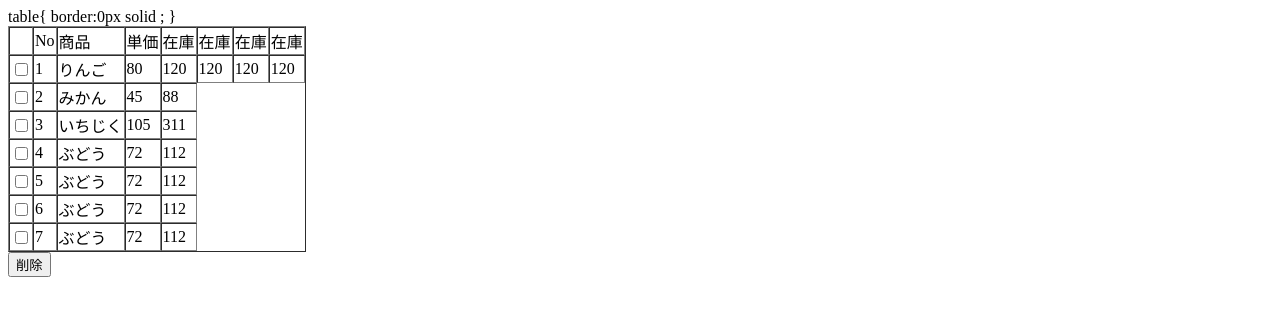
Repository: nathox/backup
Page: http://localhost/Favorite/s.jsp
The author's editor kept a copy of each file at every save. The page is drawn from the files as they stood at one save, then again after the next save.
The browser window is 1280 px wide. The pictures show the whole page.
The page is served by Tomcat 9. Other server files are loaded and not shown.

Above is the page before, as saved 2018-02-07 08:09:08.

### Favorite/WebContent/s.jsp
<%@ page language="java" contentType="text/html; charset=UTF-8"
    pageEncoding="UTF-8"%>
<!DOCTYPE html PUBLIC "-//W3C//DTD HTML 4.01 Transitional//EN" "http://www.w3.org/TR/html4/loose.dtd">
<html>
<head>



<meta http-equiv="Content-Type" content="text/html; charset=UTF-8">
<title>Insert title here</title>

table{
border:0px solid ;

}




</head>
<body>

 <table border="1" cellspacing="0">
        <thead id="hoge-head">
            <tr>
                <td></td>
                <td>No</td>
                <td>商品</td>
                <td>単価</td>
                <td>在庫</td>
                <td>在庫</td>
                <td>在庫</td>
                <td>在庫</td>
            </tr>
        </thead>
        <tbody id="hoge-body">
            <tr>
                <td><input type="checkbox"></td>
                <td>1</td>
                <td>りんご</td>
                <td>80</td>
                <td>120</td>
                <td>120</td>
                <td>120</td>
                <td>120</td>
            </tr>
            <tr>
                <td><input type="checkbox"></td>
                <td>2</td>
                <td>みかん</td>
                <td>45</td>
                <td>88</td>
            </tr>
            <tr>
                <td><input type="checkbox"></td>
                <td>3</td>
                <td>いちじく</td>
                <td>105</td>
                <td>311</td>
            </tr>
            <tr>
                <td><input type="checkbox"></td>
                <td>4</td>
                <td>ぶどう</td>
                <td>72</td>
                <td>112</td>
            </tr>

            <tr>
                <td><input type="checkbox"></td>
                <td>5</td>
                <td>ぶどう</td>
                <td>72</td>
                <td>112</td>
            </tr>

            <tr>
                <td><input type="checkbox"></td>
                <td>6</td>
                <td>ぶどう</td>
                <td>72</td>
                <td>112</td>
            </tr>

            <tr>
                <td><input type="checkbox"></td>
                <td>7</td>
                <td>ぶどう</td>
                <td>72</td>
                <td>112</td>
            </tr>

        </tbody>
    </table>



<INPUT
				TYPE="button" VALUE="削除" onClick="location.href=''">







</body>
</html>

After the next save:
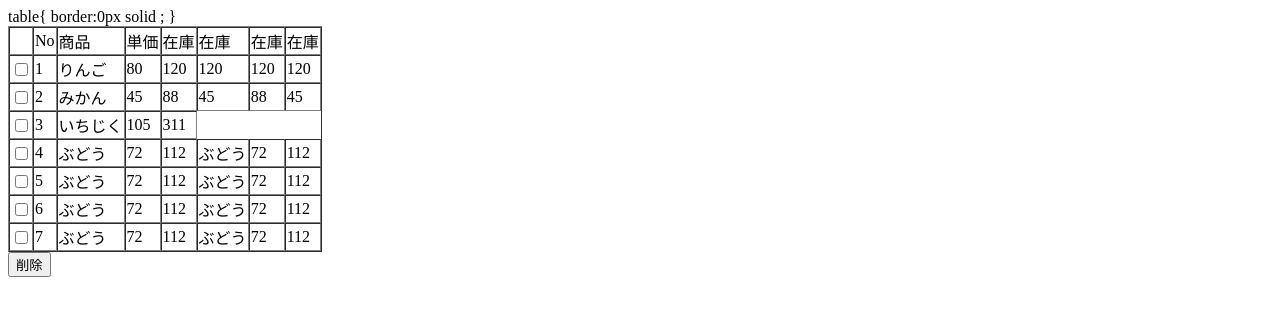
Saved 65 s later.
--- a/Favorite/WebContent/s.jsp
+++ b/Favorite/WebContent/s.jsp
@@ -50,6 +50,9 @@
                 <td>みかん</td>
                 <td>45</td>
                 <td>88</td>
+                <td>45</td>
+                <td>88</td>
+                <td>45</td>
             </tr>
             <tr>
                 <td><input type="checkbox"></td>
@@ -64,11 +67,17 @@
                 <td>ぶどう</td>
                 <td>72</td>
                 <td>112</td>
+                <td>ぶどう</td>
+                <td>72</td>
+                <td>112</td>
             </tr>
 
             <tr>
                 <td><input type="checkbox"></td>
                 <td>5</td>
+                <td>ぶどう</td>
+                <td>72</td>
+                <td>112</td>
                 <td>ぶどう</td>
                 <td>72</td>
                 <td>112</td>
@@ -80,11 +89,17 @@
                 <td>ぶどう</td>
                 <td>72</td>
                 <td>112</td>
+                <td>ぶどう</td>
+                <td>72</td>
+                <td>112</td>
             </tr>
 
             <tr>
                 <td><input type="checkbox"></td>
                 <td>7</td>
+                <td>ぶどう</td>
+                <td>72</td>
+                <td>112</td>
                 <td>ぶどう</td>
                 <td>72</td>
                 <td>112</td>
